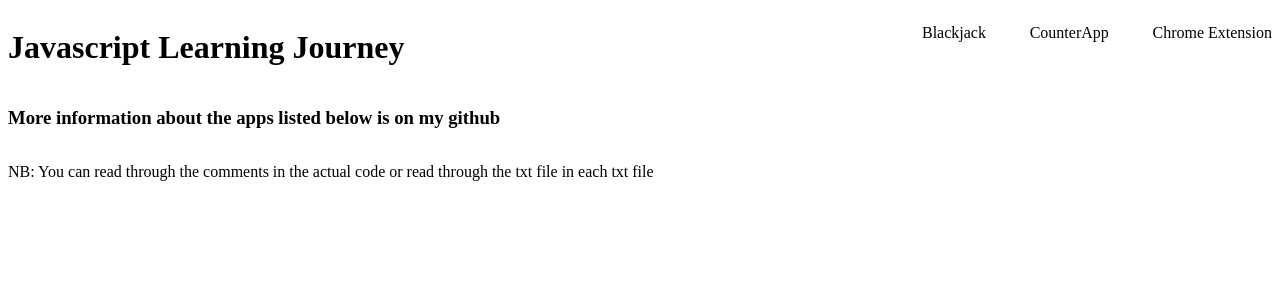
Repository: Siphamandla201/Javascript-Journey
Page: index.html
These files come from the project's save history. The page is drawn as it stood at one moment and after a run of saves; the edit follows.
The browser window is 1280 px wide. The pictures show the whole page.

Above is the page before, as saved 2023-07-27 16:22:57.

After the next 5 saves:
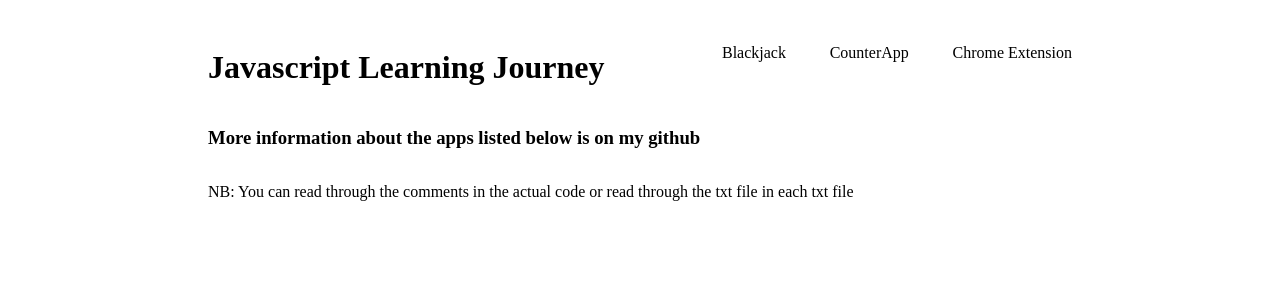
The 5 saves are shown as one change because they came seconds apart.
The last was saved 16 s later.
--- a/style.css
+++ b/style.css
@@ -1,7 +1,8 @@
 body {
     display: flex;
     flex-direction: column;
-    padding: ;
+    padding: 200px;
+    padding-top: 20px;
 }
 
 div {
